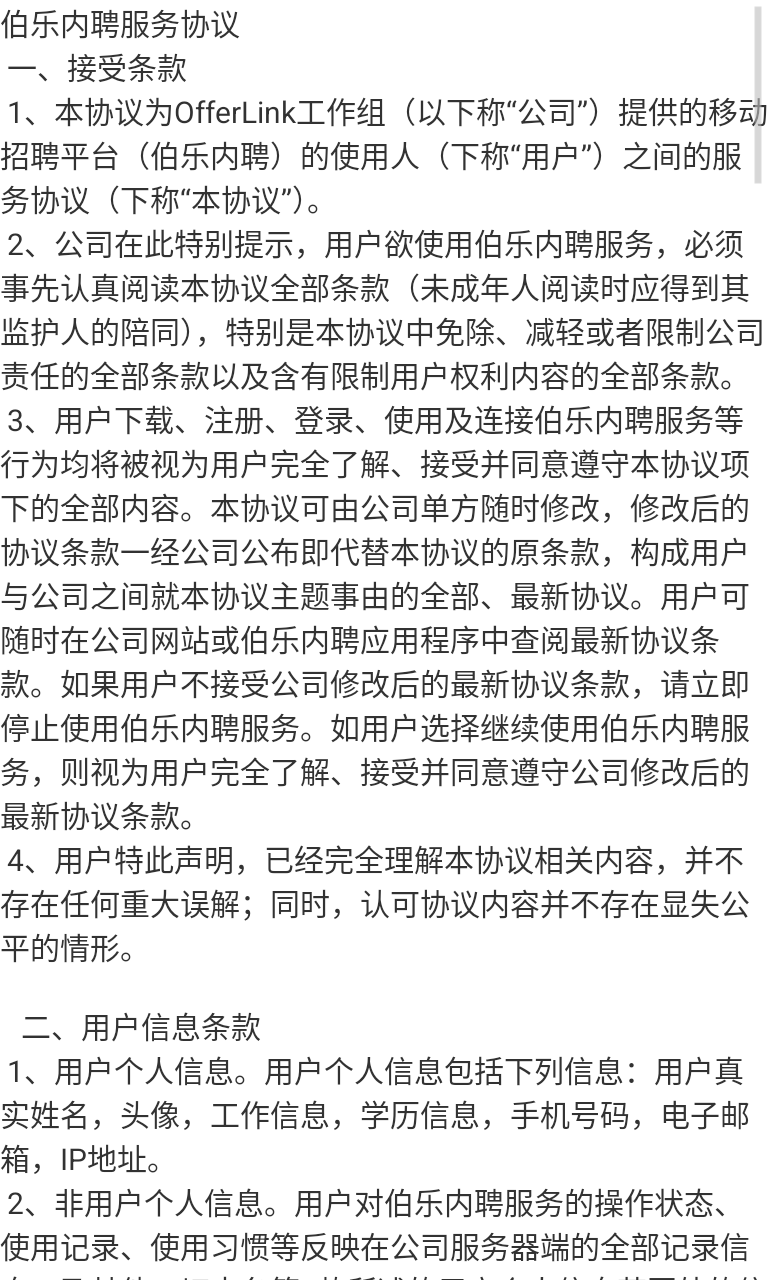
Repository: qinyuemin/OfferMe
Layout: OfferMe/OfferLinkClient/res/layout/dialog_agreement.xml
These files come from the project's save history. The layout is drawn as it stood at one moment and after the next save; the edit follows.
It is drawn on a 768 x 1280 px phone screen (xhdpi) without system bars, with theme AppTheme; the app's code is not run.

Above is the layout before, as saved 2014-12-19 17:15:07.

After the next save:
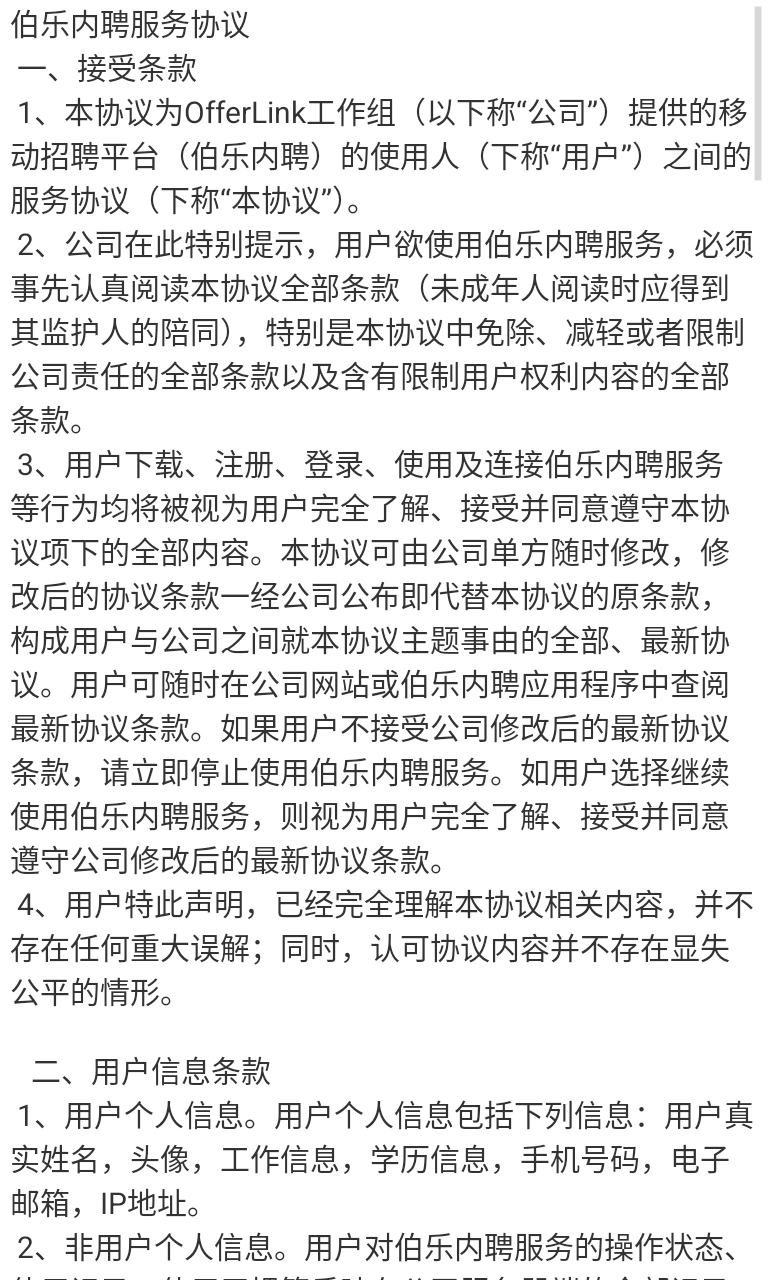
Saved 22 s later.
--- a/OfferMe/OfferLinkClient/res/layout/dialog_agreement.xml
+++ b/OfferMe/OfferLinkClient/res/layout/dialog_agreement.xml
@@ -13,6 +13,8 @@
             android:id="@+id/textView1"
             android:layout_width="fill_parent"
             android:layout_height="fill_parent"
+            android:paddingLeft="5dp"
+            android:paddingRight="5dp"
             android:text="@string/agreement"
             android:textSize="15sp" />
 
